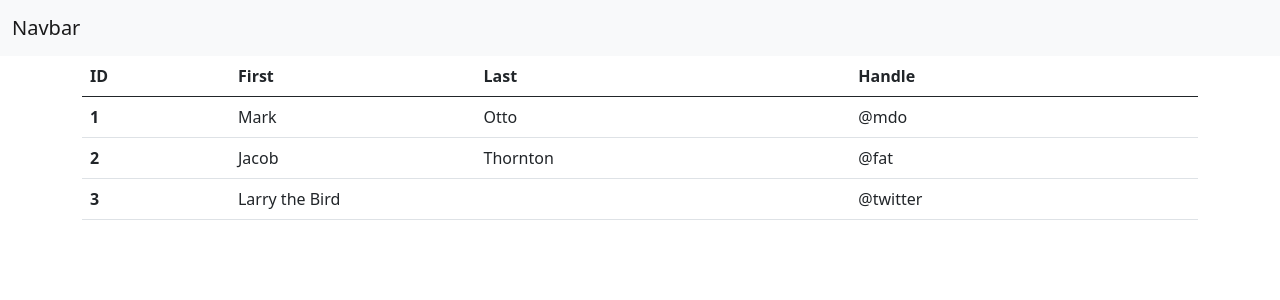
Repository: Luckycaat/eloquent-ORM
Page: http://localhost/clients
These files come from the project's save history. The page is drawn as it stood at one moment and after the next save; the edit follows.
The browser window is 1280 px wide. The pictures show the whole page.
The page is served by the project's Laravel application, run on PHP 8.4 with Laravel 9. Other server files are loaded and not shown. Queries for data that is not in the repository find no rows.

Above is the page before, as saved 2022-09-20 14:45:39.

### routes/web.php
<?php

use App\Http\Controllers\ClientController;
use App\Http\Controllers\Saudacao;
use App\Http\Controllers\SiteController;

use Illuminate\Support\Facades\Route;

/*
|--------------------------------------------------------------------------
| Web Routes
|--------------------------------------------------------------------------
|
| Here is where you can register web routes for your application. These
| routes are loaded by the RouteServiceProvider within a group which
| contains the "web" middleware group. Now create something great!
|
*/

// Route::get('/', function () {
//     return view('welcome');
// });

Route::get('/', [SiteController::class, 'index']);
Route::get('/sobre', [SiteController::class, 'sobre']);
Route::get('/servicos', [SiteController::class, 'servicos']);
Route::get('/servico/{id}', [SiteController::class, 'servico']);

Route::get('/saudacao/{nome?}', Saudacao::class);

Route::get('/clients', [ClientController::class, 'index']);

### app/Http/Controllers/Saudacao.php
<?php

namespace App\Http\Controllers;

use Illuminate\Contracts\View\View;
use Illuminate\Http\Request;

class Saudacao extends Controller
{
    /**
     * Handle the incoming request.
     *
     * @param  string $nome
     * @return void
     */
    public function __invoke(string $nome = 'Pedro')
    {
        return view('saudacao', [
            'nome' => $nome,
        ]);
        // return view('saudacao')->with('nome', $nome);

    }
}

### app/Http/Controllers/ClientController.php
<?php

namespace App\Http\Controllers;

use Illuminate\Http\Request;
use App\Models\Client;

class ClientController extends Controller
{
    public function index()
    {
        $clients = Client::get();

        return view('clients.index', [
            'clients' => $clients,
        ]);
    }
}

### resources/views/clients/index.blade.php
<!doctype html>
<html lang="en">

<head>
    <!-- Required meta tags -->
    <meta charset="utf-8">
    <meta name="viewport" content="width=device-width, initial-scale=1">

    <!-- Bootstrap CSS -->
    <link href="https://cdn.jsdelivr.net/npm/bootstrap@5.0.2/dist/css/bootstrap.min.css" rel="stylesheet"
        integrity="sha384-EVSTQN3/azprG1Anm3QDgpJLIm9Nao0Yz1ztcQTwFspd3yD65VohhpuuCOmLASjC" crossorigin="anonymous">

    <title>Hello, world!</title>
</head>

<body>
    <nav class="navbar navbar-light bg-light">
        <div class="container-fluid">
            <a class="navbar-brand" href="#">Navbar</a>
        </div>
    </nav>

    <div class="container">
        <table class="table">
            <thead>
                <tr>
                    <th scope="col">ID</th>
                    <th scope="col">First</th>
                    <th scope="col">Last</th>
                    <th scope="col">Handle</th>
                </tr>
            </thead>
            <tbody>
                <tr>
                    <th scope="row">1</th>
                    <td>Mark</td>
                    <td>Otto</td>
                    <td>@mdo</td>
                </tr>
                <tr>
                    <th scope="row">2</th>
                    <td>Jacob</td>
                    <td>Thornton</td>
                    <td>@fat</td>
                </tr>
                <tr>
                    <th scope="row">3</th>
                    <td colspan="2">Larry the Bird</td>
                    <td>@twitter</td>
                </tr>
            </tbody>
        </table>
    </div>

    <!-- Optional JavaScript; choose one of the two! -->

    <!-- Option 1: Bootstrap Bundle with Popper -->
    <script src="https://cdn.jsdelivr.net/npm/bootstrap@5.0.2/dist/js/bootstrap.bundle.min.js"
        integrity="sha384-MrcW6ZMFYlzcLA8Nl+NtUVF0sA7MsXsP1UyJoMp4YLEuNSfAP+JcXn/tWtIaxVXM" crossorigin="anonymous">
    </script>

    <!-- Option 2: Separate Popper and Bootstrap JS -->
    <!--
    <script src="https://cdn.jsdelivr.net/npm/@popperjs/core@2.9.2/dist/umd/popper.min.js"
        integrity="sha384-IQsoLXl5PILFhosVNubq5LC7Qb9DXgDA9i+tQ8Zj3iwWAwPtgFTxbJ8NT4GN1R8p" crossorigin="anonymous">
    </script>
    <script src="https://cdn.jsdelivr.net/npm/bootstrap@5.0.2/dist/js/bootstrap.min.js"
        integrity="sha384-cVKIPhGWiC2Al4u+LWgxfKTRIcfu0JTxR+EQDz/bgldoEyl4H0zUF0QKbrJ0EcQF" crossorigin="anonymous">
    </script>
    -->
</body>

</html>

Loaded but not shown: app/Http/Controllers/Controller.php (common file); app/Models/Client.php (common file)

After the next save:
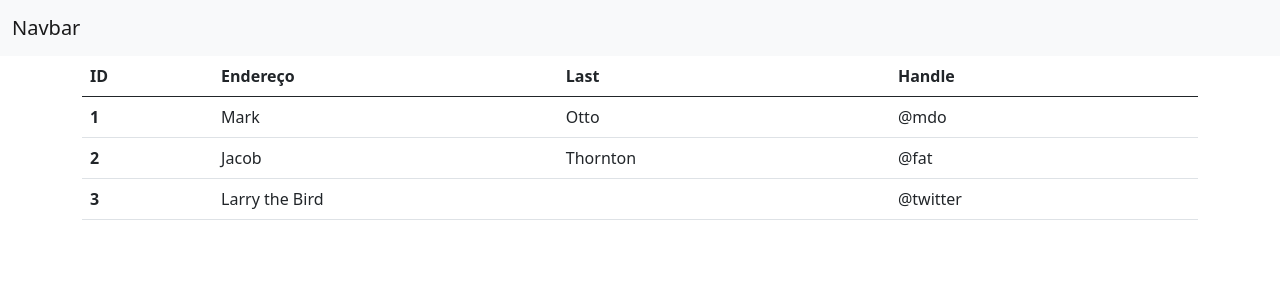
Saved 9 s later.
--- a/resources/views/clients/index.blade.php
+++ b/resources/views/clients/index.blade.php
@@ -25,7 +25,7 @@
             <thead>
                 <tr>
                     <th scope="col">ID</th>
-                    <th scope="col">First</th>
+                    <th scope="col">Endereço</th>
                     <th scope="col">Last</th>
                     <th scope="col">Handle</th>
                 </tr>
